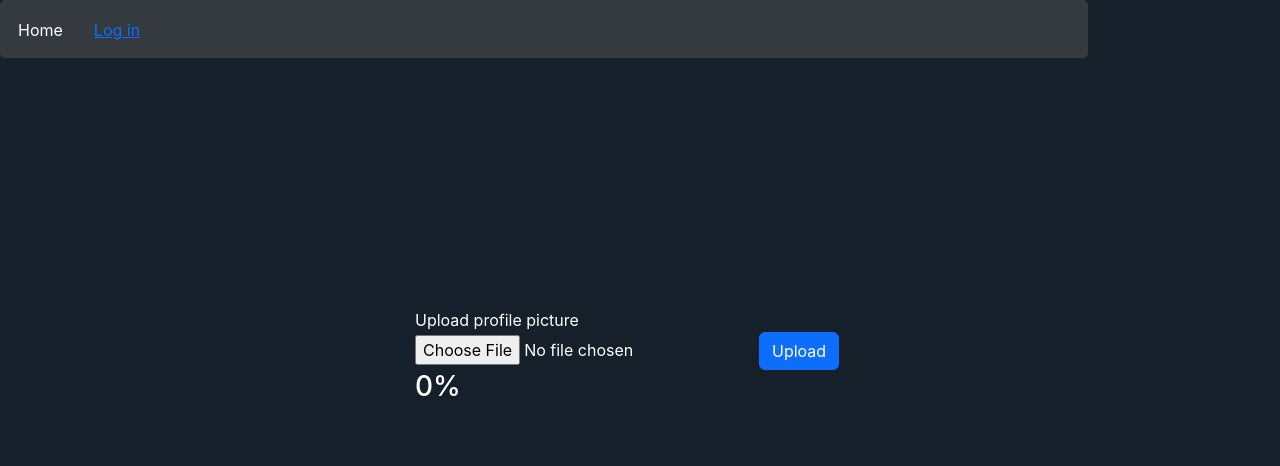
Repository: mark-itc/microblogging-roistyx
Page: /profile
An editor plug-in stored every save of this project. The page is shown before and after the next save, followed by the edit.
The browser window is 1280 px wide. The pictures show the whole page.
The project was rebuilt for these pictures with package versions that can differ from the ones it lists, and the page was loaded fresh each time. Also part of the build but not shown: src/views/Profile.css, src/components/TweetsRenderContext.js, src/components/TweetPosterContext.js, src/components/Post.css, src/components/Post.js, src/views/TweetBox.js, src/views/Feed.css, src/views/Feed.js and 4 more.

Above is the page before, as saved 2022-12-14 15:37:06.

After the next save:
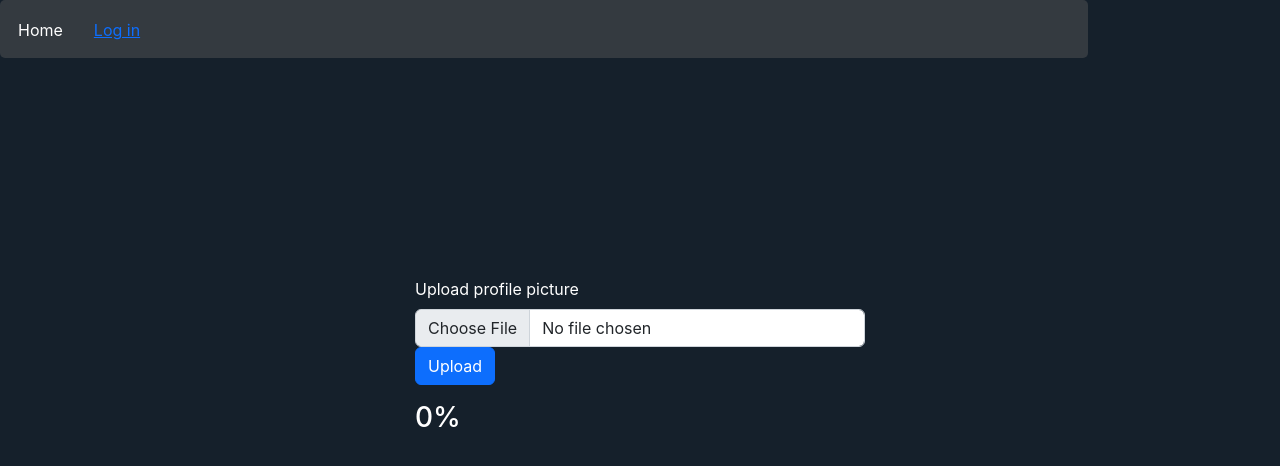
Saved 4 min 33 s later.
--- a/src/views/Profile.js
+++ b/src/views/Profile.js
@@ -85,21 +85,21 @@ export function Profile() {
   console.log(picUrl)
   return (
     <>
-      <form  >
-        <label>Upload profile picture</label>
-        <input onChange={
-          (e)=> dispatch({
-          type: ACTIONS.UPDATE_PIC,
-          value: e.target.files[0],
-          key: "profilePic",
-          userId: currentUser.uid
-        })
+      <Form.Group controlId="formFileDisabled" className="mb-3">
+        <Form.Label>Upload profile picture</Form.Label>
+        <Form.Control onChange={ (e) => console.log(e.target.value)
+        //   (e)=> dispatch({
+        //   type: ACTIONS.UPDATE_PIC,
+        //   value: e.target.value,
+        //   key: "profilePic",
+        //   userId: currentUser.uid
+        // })
       }
         type="file" accept="image/*"
         // disabled
         />
         <Button onClick={(handleSubmit)}>Upload</Button>
-      </form>
+      </Form.Group>
       <img alt="" style={{width: "50px"}} src={picUrl}/>
       <h3>{progress}%</h3>
     </>
